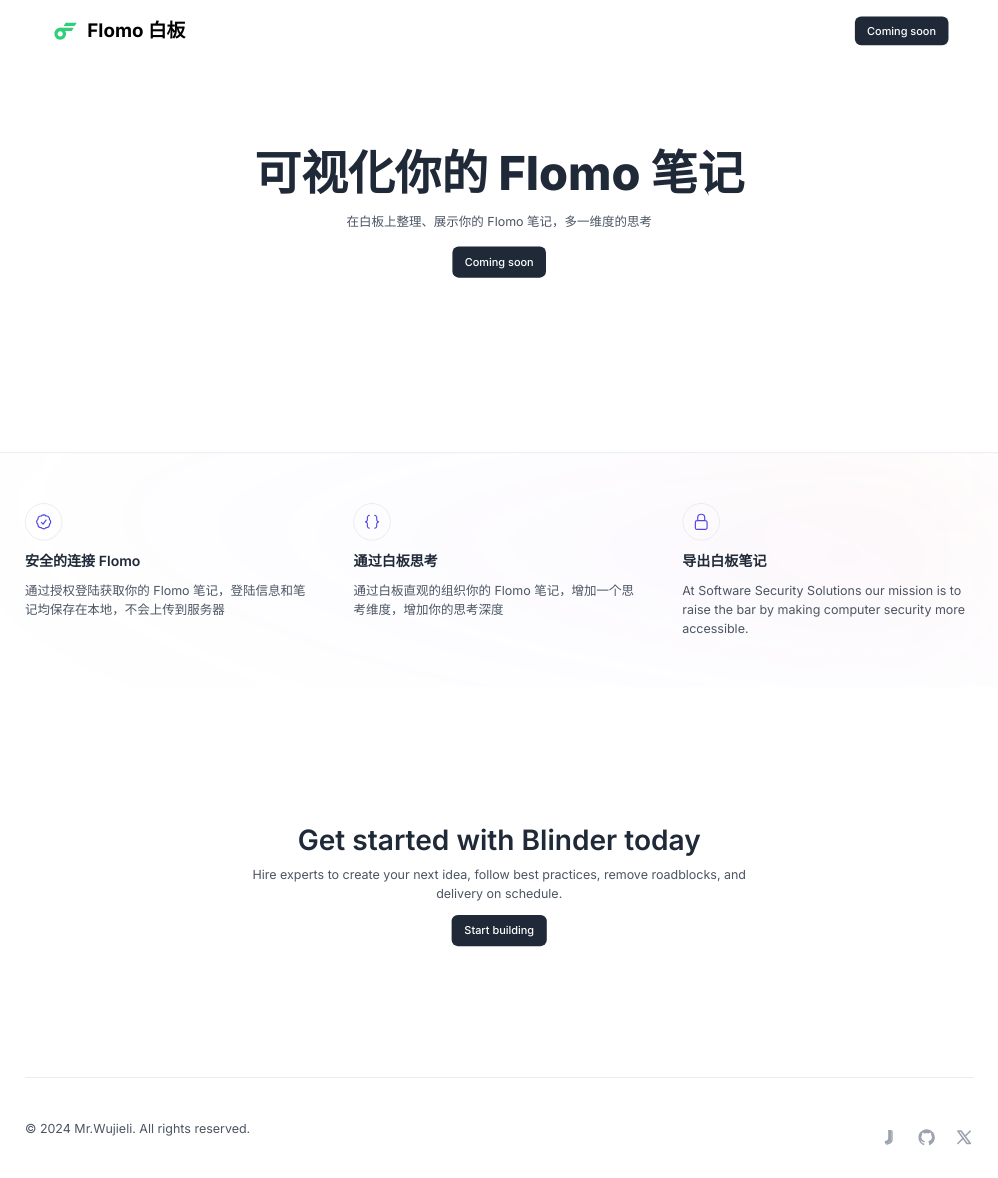
Repository: wujieli0207/flomo-board
Page: /
These files come from the project's save history. The page is drawn as it stood at one moment and after the next save; the edit follows.
The browser window is 1280 px wide. The pictures show the whole page, at 78% of full size.
The project was rebuilt for these pictures with package versions that can differ from the ones it lists, and the page was loaded fresh each time. The framework's server and built-in components were replaced by stand-ins that run in the browser. Also part of the build but not shown: next.config.mjs.

Above is the page before, as saved 2024-06-22 20:25:08.

After the next save:
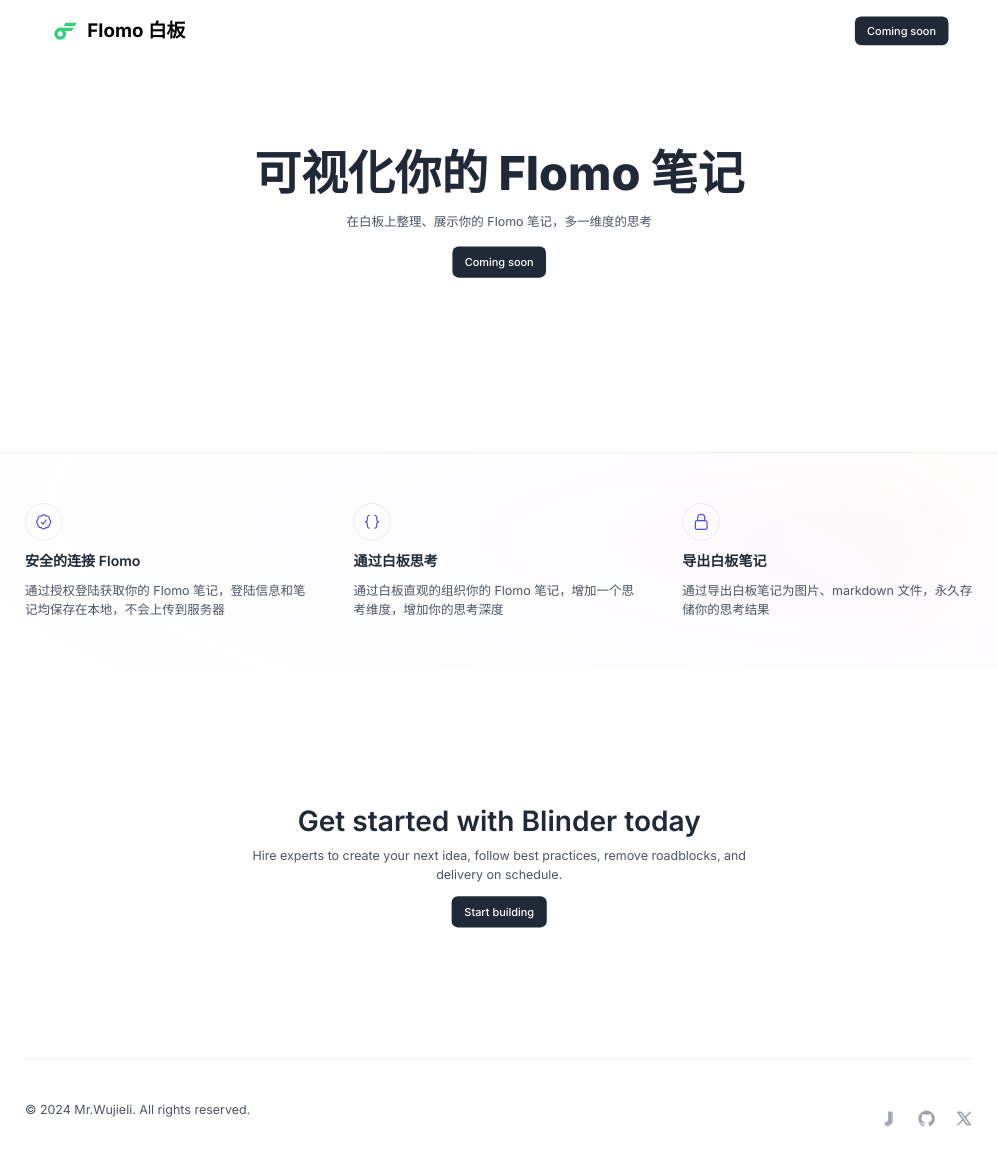
Saved 47 s later.
--- a/components/ui/Features/index.tsx
+++ b/components/ui/Features/index.tsx
@@ -59,7 +59,7 @@
         </svg>
       ),
       title: '导出白板笔记',
-      desc: 'At Software Security Solutions our mission is to raise the bar by making computer security more accessible.',
+      desc: '通过导出白板笔记为图片、markdown 文件，永久存储你的思考结果',
     },
   ]
 
